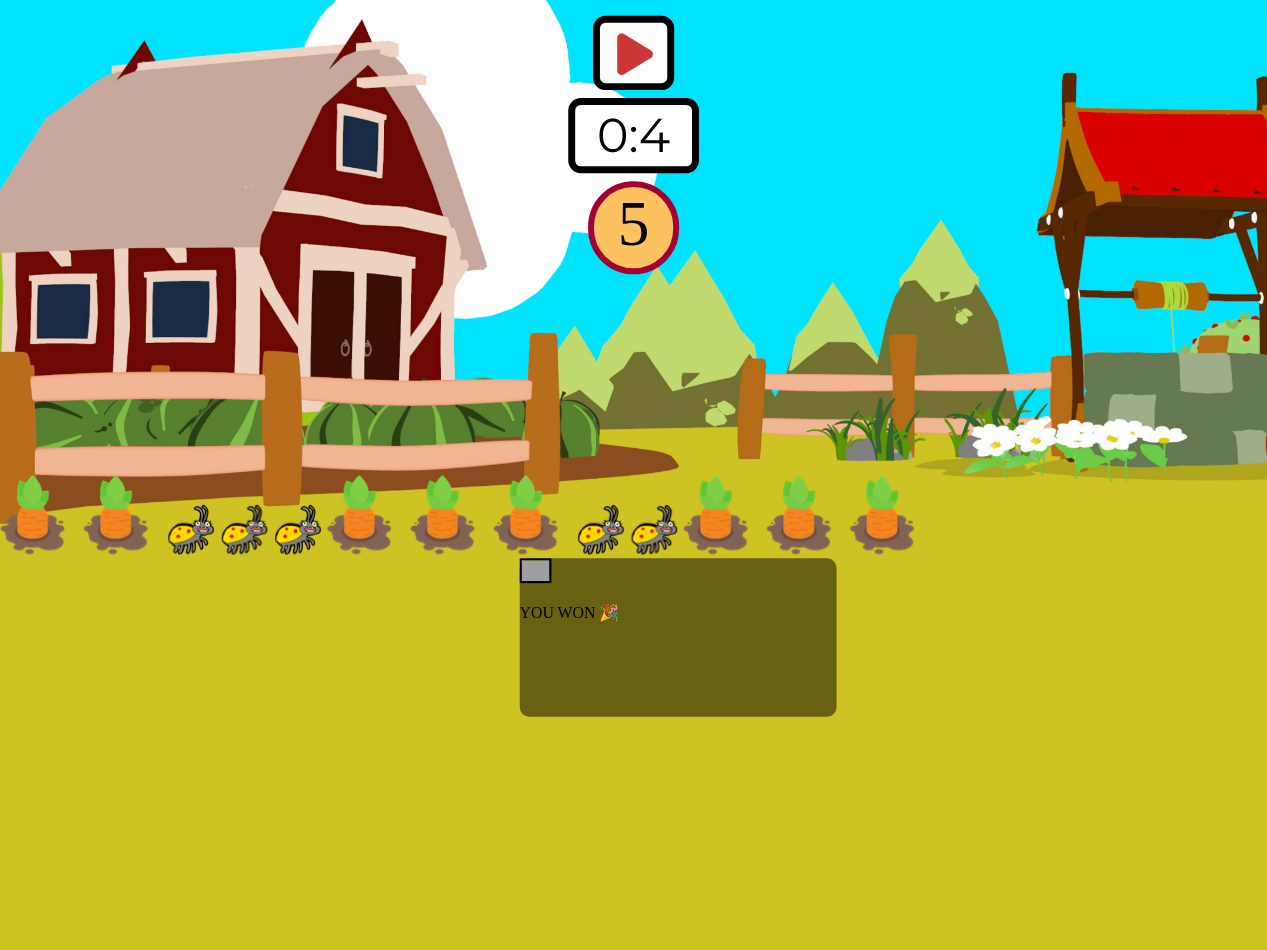
Repository: sephinejo/Mini-carrot-game
Page: index.html
These files come from the project's save history. The page is drawn as it stood at one moment and after the next save; the edit follows.
The browser window is 1280 px wide. The pictures show the whole page, at 99% of full size.
Pictures or frames that could not be fetched are drawn as grey boxes. Some web fonts or font styles are not loaded; a fallback is used. Some web libraries are served in a nearby version.

Above is the page before, as saved 2023-05-14 23:15:00.

After the next save:
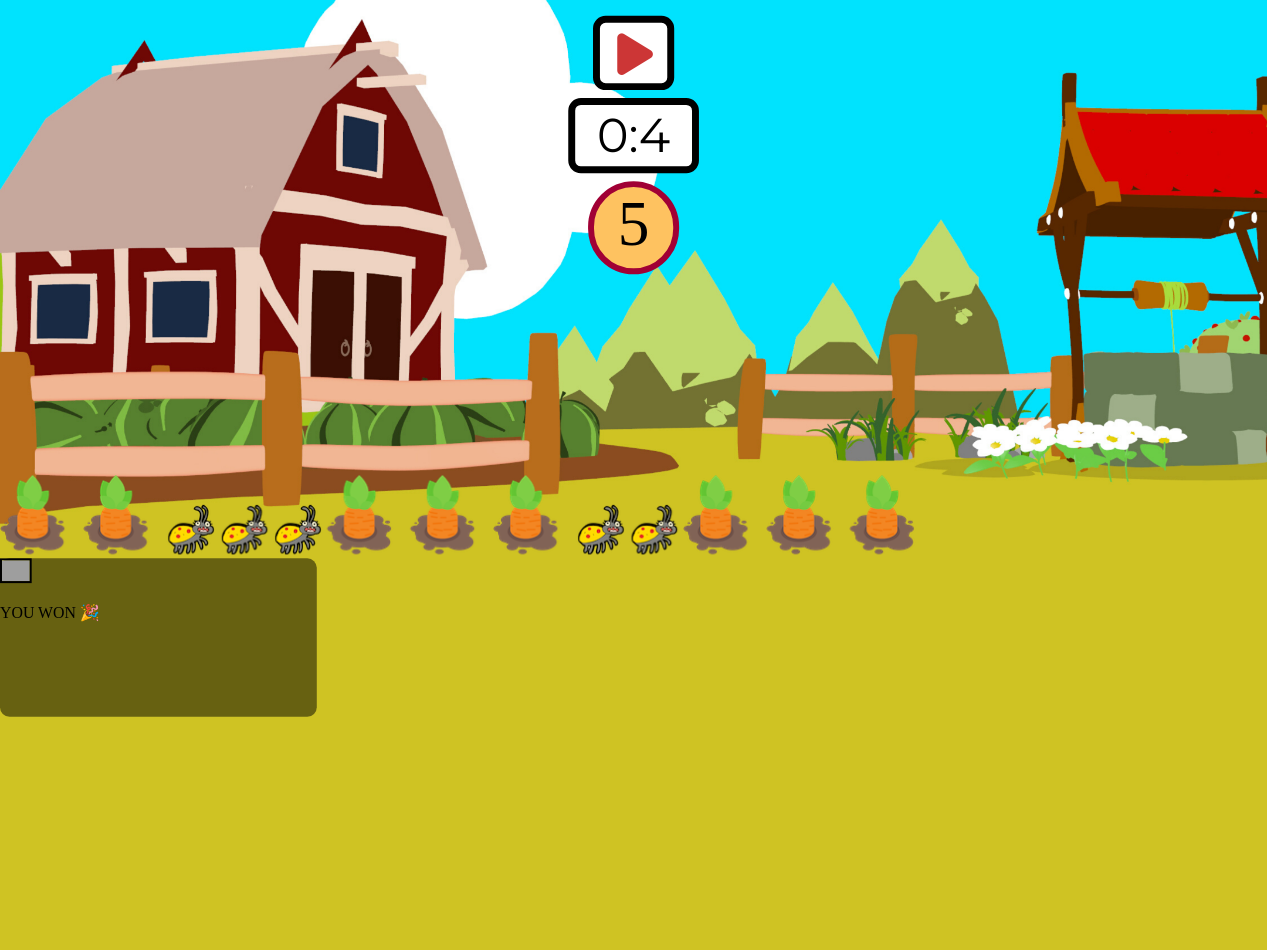
Saved 23 s later.
--- a/style.css
+++ b/style.css
@@ -54,7 +54,8 @@
   height: 10rem;
   background: rgba(0, 0, 0, 0.5);
   border-radius: 0.6rem;
-  position: absolute;
+  position: flex;
+  flex-direction: column;
   left: 41%;
 }
 

After the 4 saves that followed:
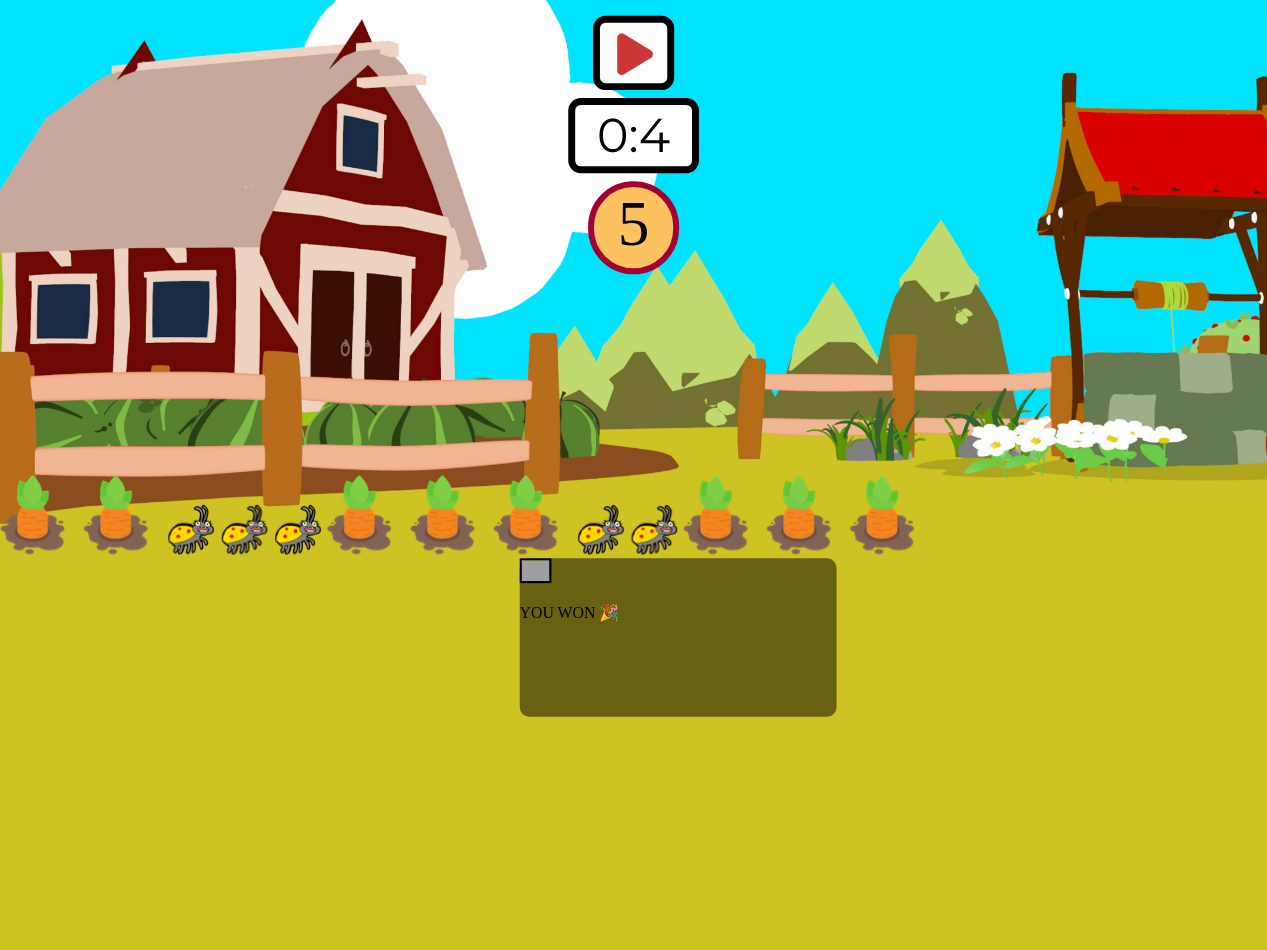
The 4 saves are shown as one change because 3 left the picture as it was.
The last was saved 45 s later.
--- a/style.css
+++ b/style.css
@@ -54,8 +54,7 @@
   height: 10rem;
   background: rgba(0, 0, 0, 0.5);
   border-radius: 0.6rem;
-  position: flex;
-  flex-direction: column;
+  position: absolute;
   left: 41%;
 }
 
